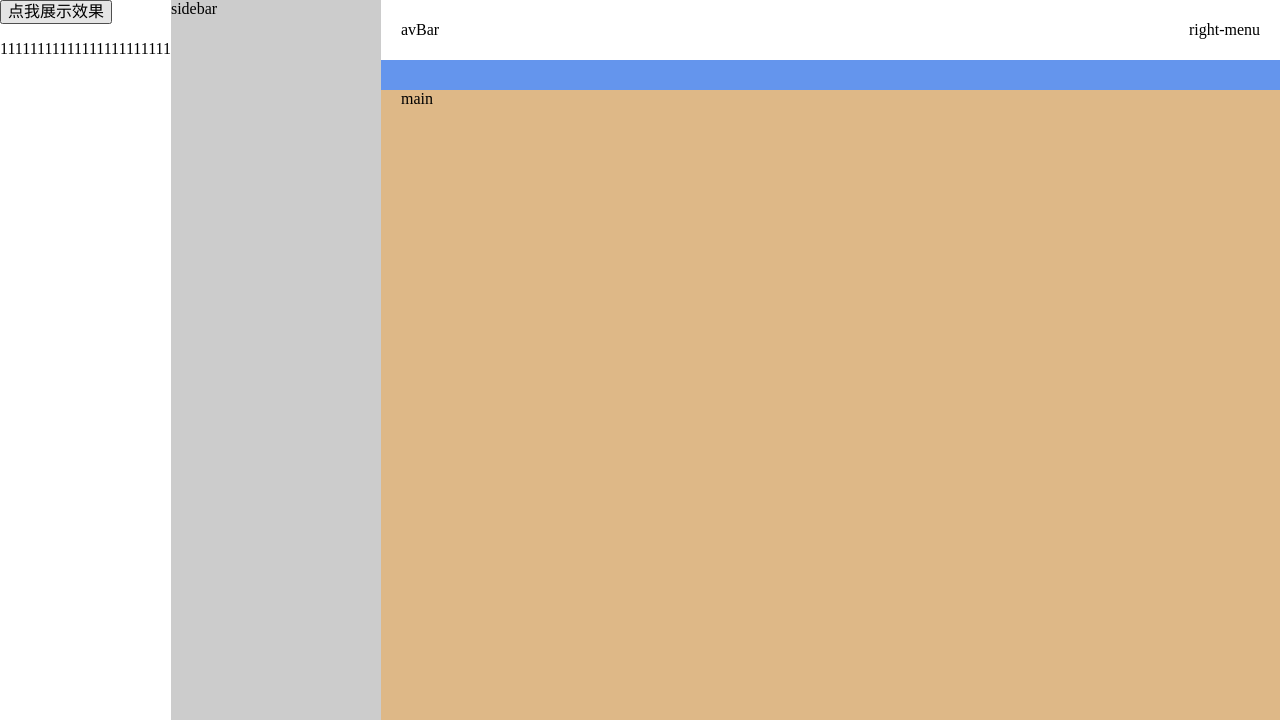
Repository: itmier/tmier-easy-demo
Page: /
An editor plug-in stored every save of this project. The page is shown before and after the next save, followed by the edit.
The browser window is 1280 px wide. The pictures show the whole page.
The project was rebuilt for these pictures with package versions that can differ from the ones it lists, and the page was loaded fresh each time. Also part of the build but not shown: vue.config.js, src/utils/request.js, src/api/user.js, src/views/login/index.vue.

Above is the page before, as saved 2020-08-06 17:12:20.

After the next save:
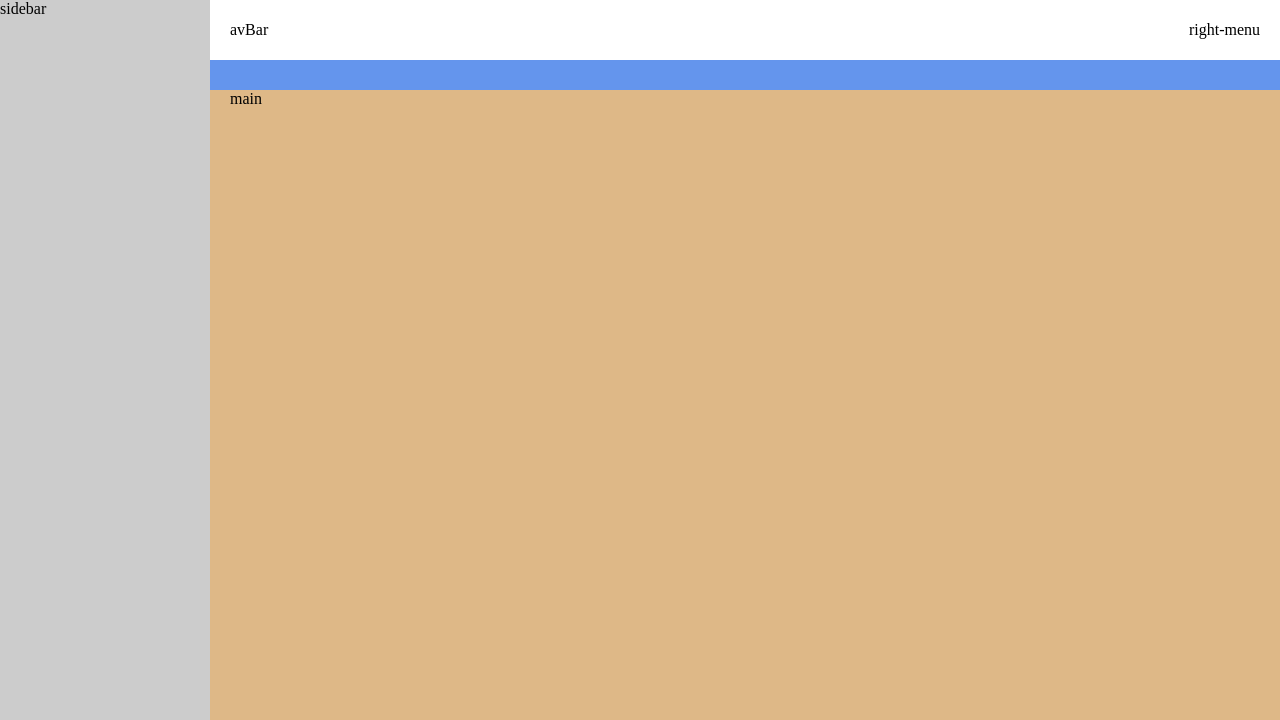
Saved 13 s later.
--- a/src/layout/index.vue
+++ b/src/layout/index.vue
@@ -1,19 +1,11 @@
 <!--
  * @Author: Tmier
  * @Date: 2020-08-06 11:40:36
- * @LastEditTime: 2020-08-06 17:12:20
+ * @LastEditTime: 2020-08-06 17:12:33
  * @Description:
 -->
 <template>
   <div class="layout">
-    <div id="box">
-      <!-- 控制数据的值切换显示隐藏 -->
-      <button @click="sideBarFlag=!sideBarFlag">点我展示效果</button>
-
-      <transition enter-active-class="zoomInLeft" leave-active-class="zoomOutRight">
-        <p v-show="sideBarFlag" class="animated">11111111111111111111111</p>
-      </transition>
-    </div>
     <div class="layout-sliderbar">
       <SideBar v-show="sideBarFlag"></SideBar>
     </div>
